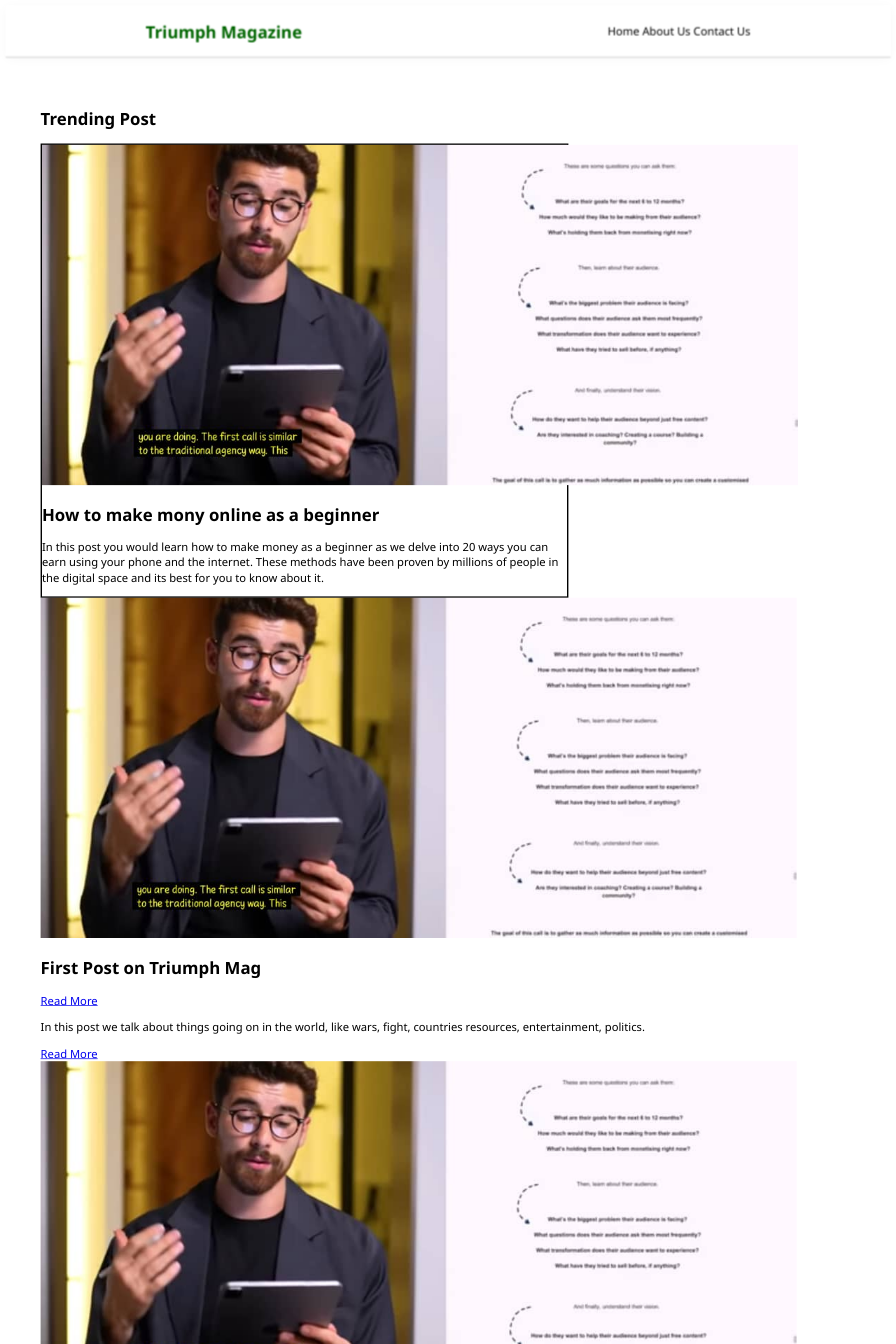
Repository: zikcolle/Triumph-Blog
Page: index.html
These files come from the project's save history. The page is drawn as it stood at one moment and after the next save; the edit follows.
The browser window is 1280 px wide. The pictures show the part of the page from y = 0 to 1920 px (the page is 5446 px tall), at 70% of full size.

Above is the page before, as saved 2026-06-21 14:16:17.

### index.html
<!DOCTYPE html>
<html lang="en">

<head>
    <meta charset="UTF-8">
    <meta name="viewport" content="width=device-width, initial-scale=1.0">
    <title>Triumph Magazine</title>
    <link rel="stylesheet" href="styles.css">
</head>

<body>
    <header>
        <h2>Triumph Magazine</h2>
        <nav>
            <a href="#">Home</a></li>
            <a href="/about-us">About Us</a>
            <a href="/contact-us">Contact Us</a>
        </nav>
    </header>

    <main>
        <section>
            <div>
                <h2 class="label-post">Trending Post</h2>
            </div>
            <div class="feat-post">
                <img src="simage\postiman.jpeg">
                <h1>How to make mony online as a beginner</h1>
                <p>In this post you would learn how to make money as a beginner as we delve into 20 ways you can earn
                    using your phone and the internet. These methods have been proven by millions of people in the
                    digital space and its best for you to know about it.</p>
            </div>
        </section>

        <section class="post-grid">
            <div class="blog-post">
                <img src="simage\postiman.jpeg">
                <h1>First Post on Triumph Mag</h1><a href="#" class="read-more">Read More</a>
                <p>In this post we talk about things going on in the world, like wars, fight, countries resources,
                    entertainment, politics.</p>
                <a href="#" class="read-more">Read More</a>
            </div>

            <div class="blog-post">
                <img src="simage\postiman.jpeg">
                <h1>Second Post on Triumph Mag</h1>
                <p>In this post we talk about things going on in the world, like wars, fight, countries resources,
                    entertainment, politics.</p>
                <a href="#" class="read-more">Read More</a>
            </div>

            <div class="blog-post">
                <img src="simage\postiman.jpeg">
                <h1>Third Post on Triumph Mag</h1>
                <p>In this post we talk about things going on in the world, like wars, fight, countries resources,
                    entertainment, politics.</p>
                <a href="#" class="read-more">Read More</a>
            </div>

            <div class="blog-post">
                <img src="simage\postiman.jpeg">
                <h1>Fourth Post on Triumph Mag</h1>
                <p>In this post we talk about things going on in the world, like wars, fight, countries resources,
                    entertainment, politics.</p>
                <a href="#" class="read-more">Read More</a>
            </div>

            <div class="blog-post">
                <img src="simage\postiman.jpeg">
                <h1>Fifth Post on Triumph Mag</h1>
                <p>In this post we talk about things going on in the world, like wars, fight, countries resources,
                    entertainment, politics.</p>
                <a href="#" class="read-more">Read More</a>
            </div>

            <div class="blog-post">
                <img src="simage\postiman.jpeg">
                <h1>Sixth Post on Triumph Mag</h1>
                <p>In this post we talk about things going on in the world, like wars, fight, countries resources,
                    entertainment, politics.</p>
                <a href="#" class="read-more">Read More</a>
            </div>

            <div><a href="/blog">View More Posts</a></div>
        </section>

        <section>
            <h2>Related Posts</h2>

            <div class="blog-post">
                <img src="simage\postiman.jpeg">
                <h4><a href="/blog">Sixth Post on Triumph Mag</a></h4>
            </div>
        </section>
    </main>

    <footer>
        <h2>Triumph Magazine</h2>
        <p>© 2026 Triumph Magazine. All rights reserved.</p>
    </footer>

</body>

</html>

### styles.css
body {
    background-color: rgb(255, 255, 255);
    color: rgb(0, 0, 0);
    font-family:'Segoe UI', Tahoma, Geneva, Verdana, sans-serif;
}

header {
    display: flex;
    justify-content: space-between;
    align-items: center;
    margin: 0 auto;
    padding: 0 200px 0 200px;
    background-color: rgba(255,255,255,0.92);
    border-bottom: 1px solid rgba(0, 0, 0, 0.213);
    backdrop-filter: blur(20px) saturate(180%);
    -webkit-backdrop-filter: blur(20px) saturate(180%);
    box-shadow: 0 1px 0 rgba(0,0,0,0.04), 0 2px 16px rgba(0,0,0,0.04);
    color: rgb(0, 101, 0);
}

nav a {
    text-decoration: none;
    color: rgb(0, 0, 0);
    word-spacing: 1.6;
}

nav a:hover {
    text-decoration: none;
    color: rgb(0, 101, 0);
    text-decoration: underline;
}

main {
    padding: 50px;
}
.feat-post {
    background-color: rgb(255, 255, 255);
    border: 2px solid rgb(0, 0, 0);
    max-width: 750px;
}

.feat-post img {
    max-width: 0 auto;
}

After the next save:
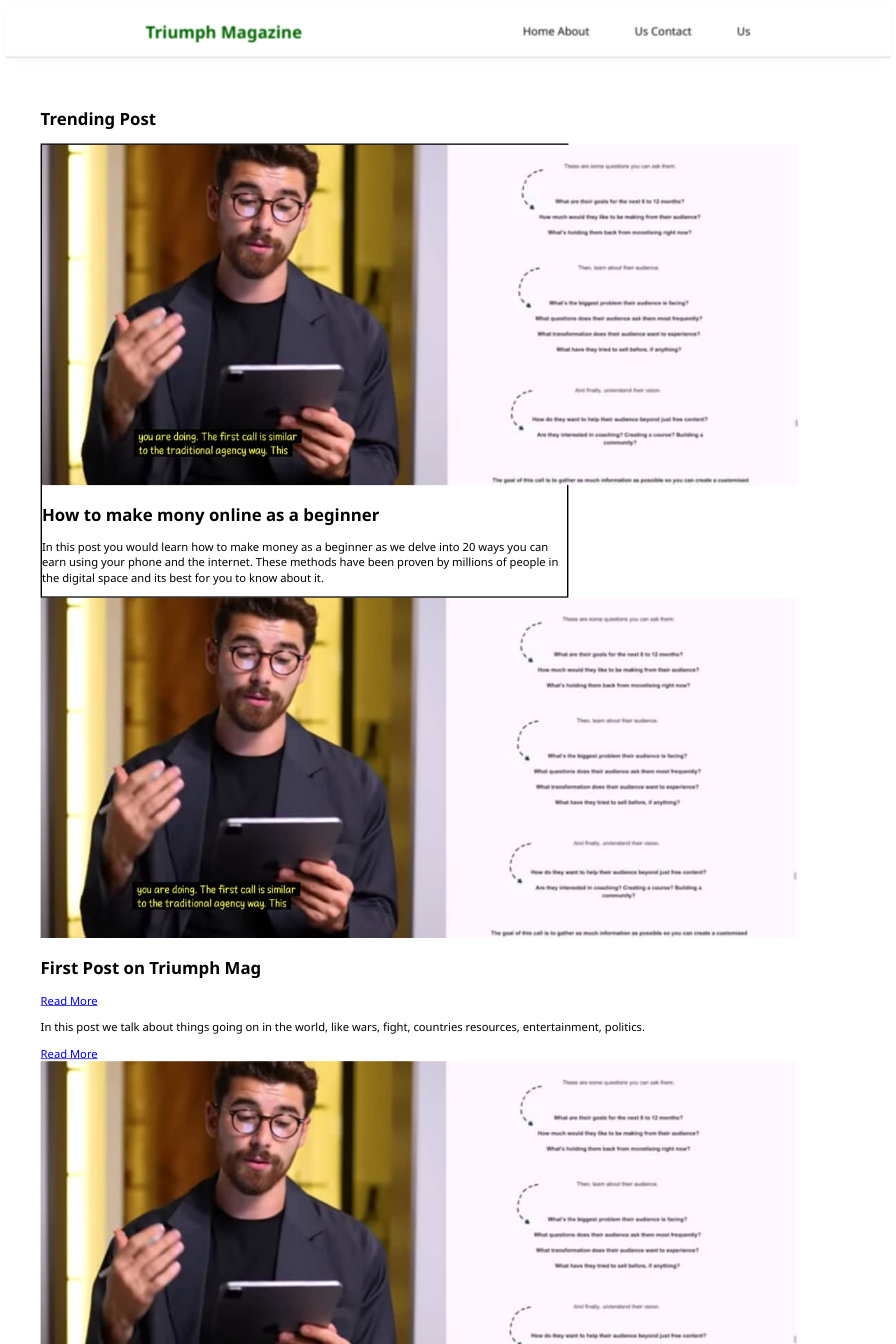
Saved 10 s later.
--- a/styles.css
+++ b/styles.css
@@ -21,7 +21,7 @@ header {
 nav a {
     text-decoration: none;
     color: rgb(0, 0, 0);
-    word-spacing: 1.6;
+    word-spacing: 1.6cm;
 }
 
 nav a:hover {
